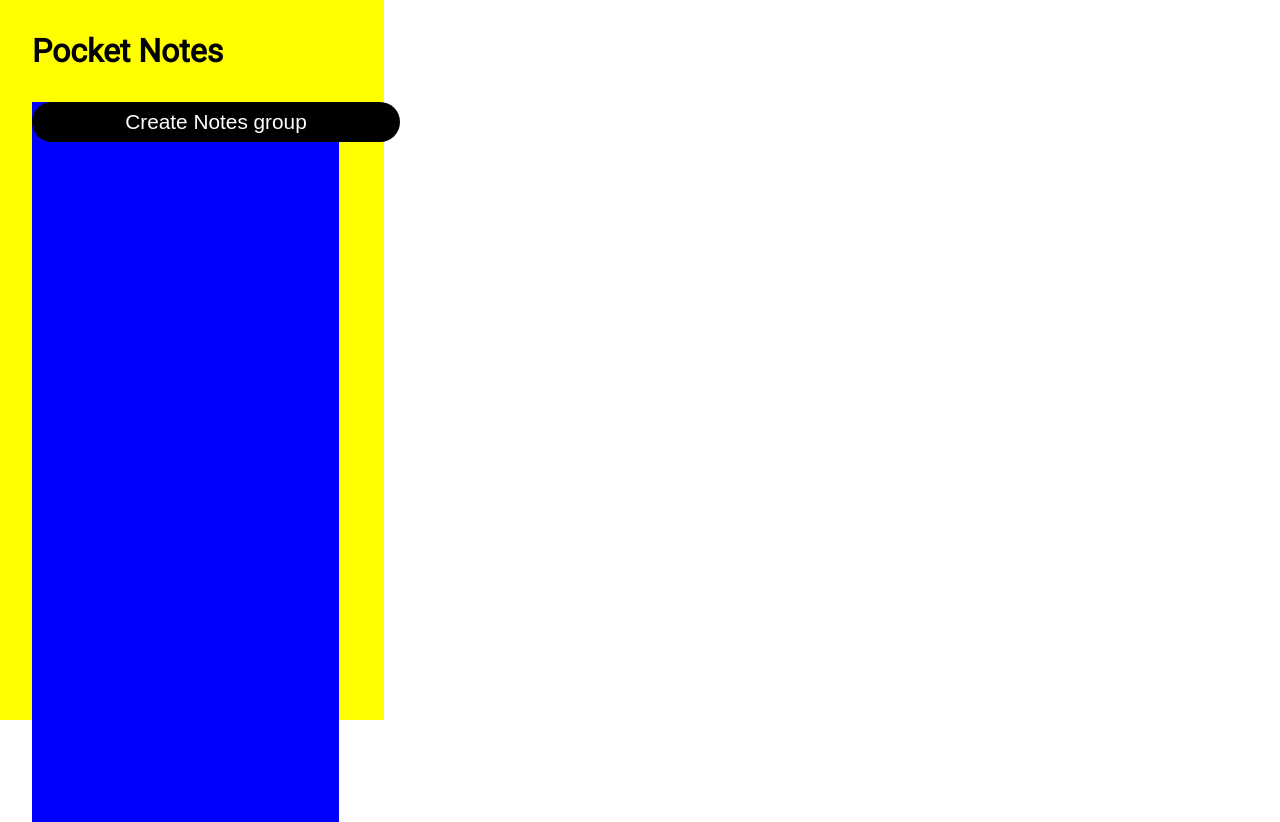
Repository: drumsmanku/react-module-test
Page: /
The author's editor kept a copy of each file at every save. The page is drawn from the files as they stood at one save, then again after the next save.
The browser window is 1280 px wide. The pictures show the whole page.
The project was rebuilt for these pictures with package versions that can differ from the ones it lists, and the page was loaded fresh each time.

Above is the page before, as saved 2023-06-10 18:50:29.

After the next save:
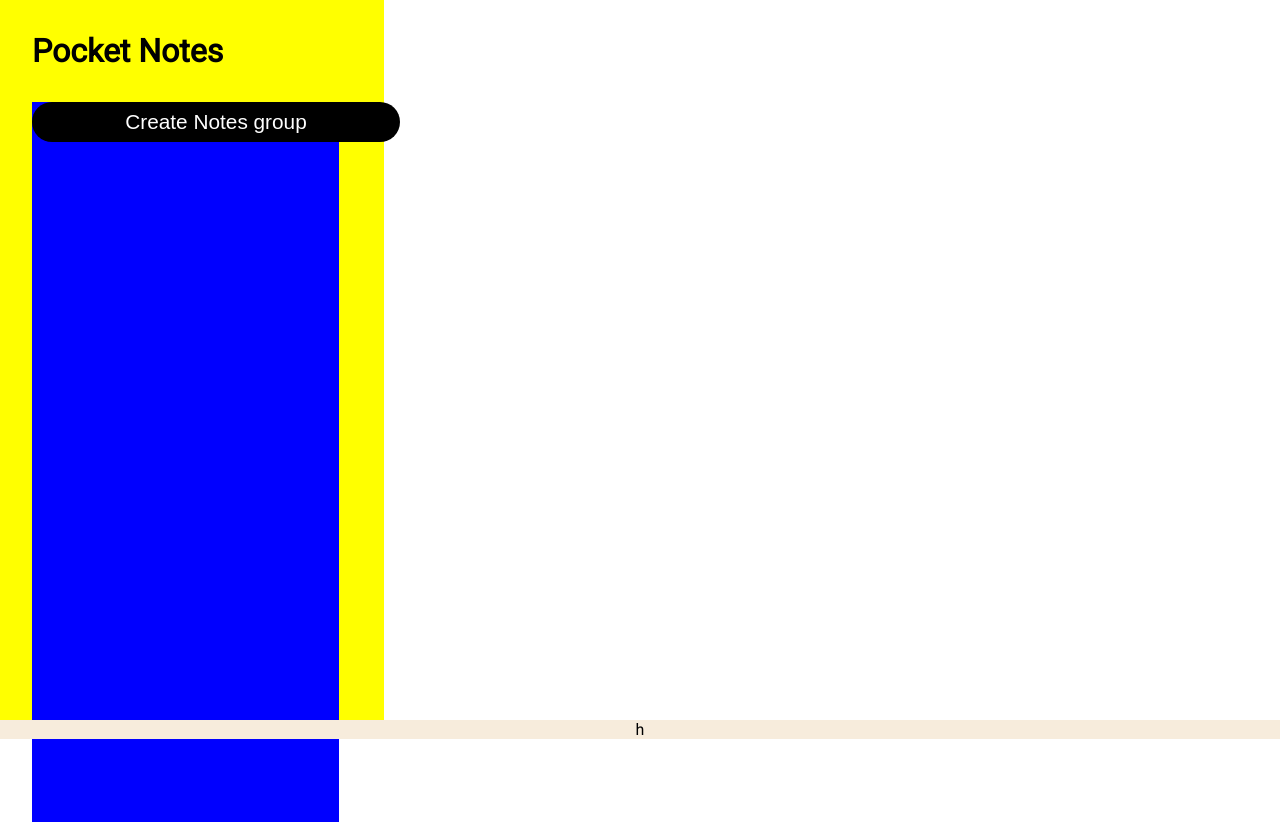
Saved 13 s later.
--- a/src/Components/MainPage.js
+++ b/src/Components/MainPage.js
@@ -27,7 +27,7 @@ function MainPage() {
           ))}
         </div>
       </div>
-      <div className="second-compartment"></div>
+      <div className="second-compartment">h</div>
     </div>
   );
 }
